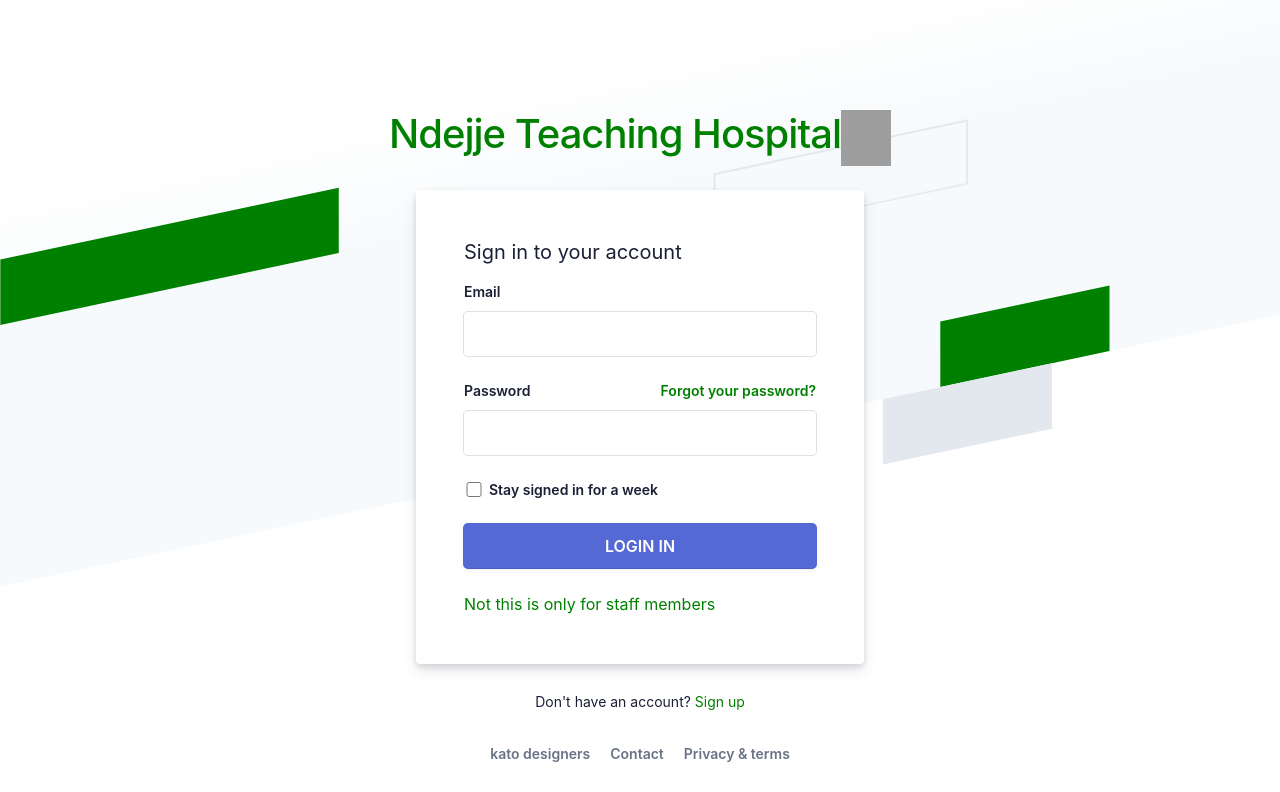
Repository: kluivert-ssali/katoMessi
Page: http://localhost/login.php
These files come from the project's save history. The page is drawn as it stood at one moment and after the next save; the edit follows.
The browser window is 1280 px wide. The pictures show the whole page.
Pictures or frames that could not be fetched are drawn as grey boxes. Some web libraries are served in a nearby version. The page is run by PHP 8.4 with error messages shown; the project is at /var/www/html/.

Above is the page before, as saved 2022-05-10 17:41:58.

After the next save:
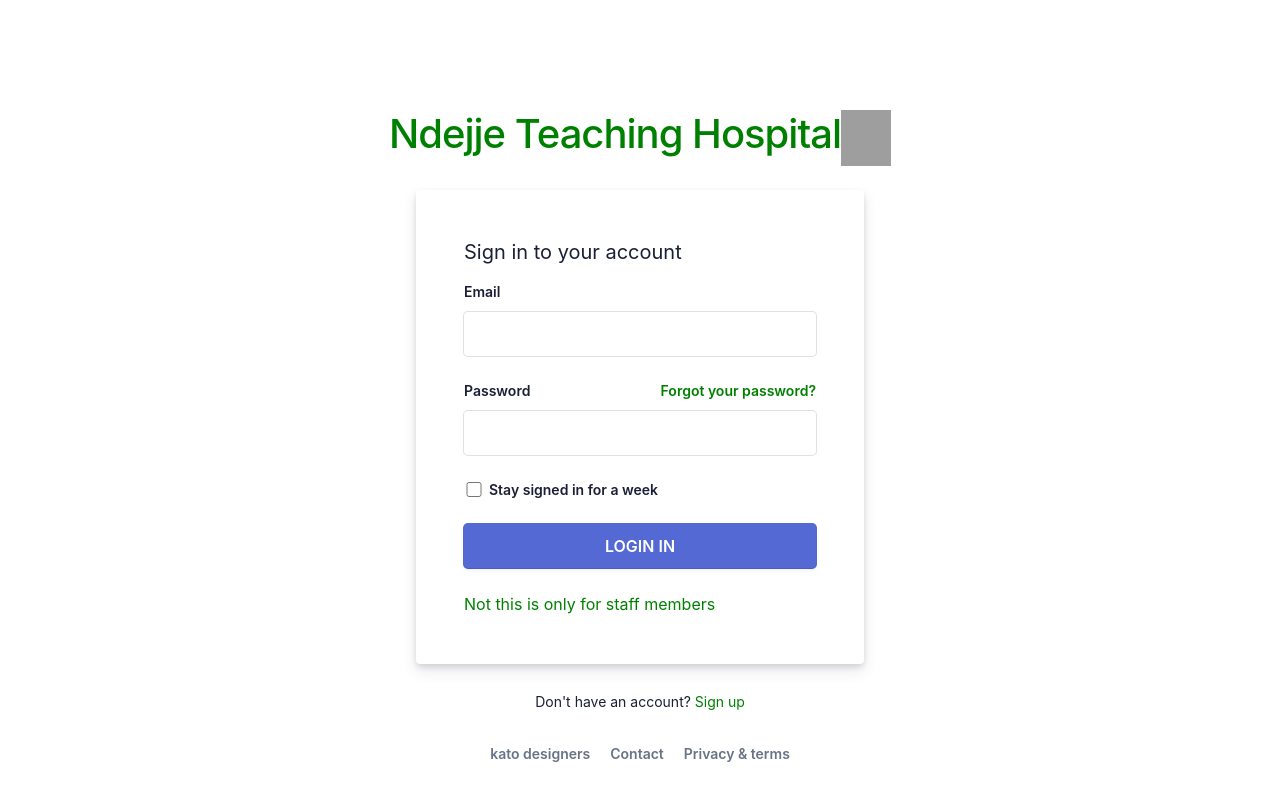
Saved 119 s later.
--- a/login.php
+++ b/login.php
@@ -77,17 +77,7 @@
     -ms-flex-direction: column;
     flex-direction: column;
 }
-.loginbackground-gridContainer {
-    display: -ms-grid;
-    display: grid;
-    -ms-grid-columns: [start] 1fr [left-gutter] (86.6px)[16] [left-gutter] 1fr [end];
-    grid-template-columns: [start] 1fr [left-gutter] repeat(16,86.6px) [left-gutter] 1fr [end];
-    -ms-grid-rows: [top] 1fr [top-gutter] (64px)[8] [bottom-gutter] 1fr [bottom];
-    grid-template-rows: [top] 1fr [top-gutter] repeat(8,64px) [bottom-gutter] 1fr [bottom];
-    justify-content: center;
-    margin: 0 -2%;
-    transform: rotate(-12deg) skew(-12deg);
-}
+
 .box-divider--light-all-2 {
     box-shadow: inset 0 0 0 2px #e3e8ee;
 }

After the save that followed:
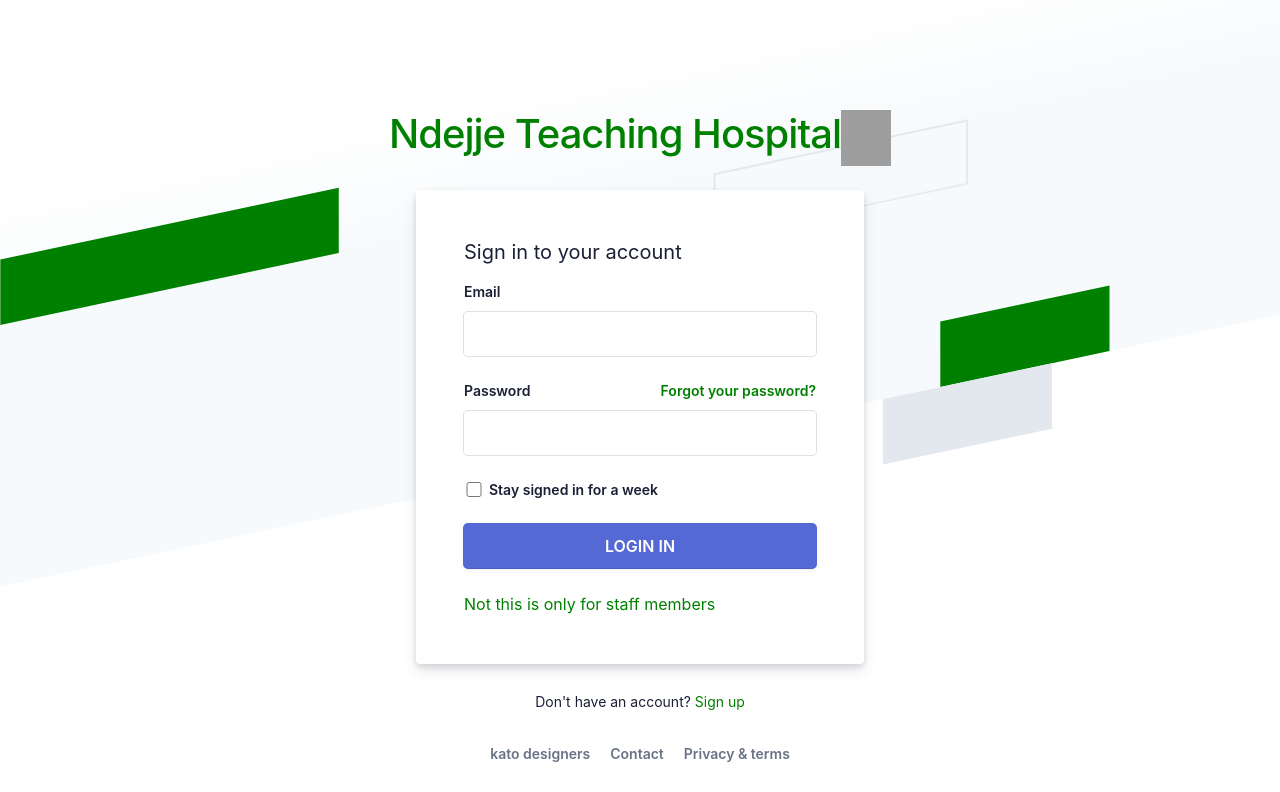
Saved 13 s later.
--- a/login.php
+++ b/login.php
@@ -77,7 +77,17 @@
     -ms-flex-direction: column;
     flex-direction: column;
 }
-
+.loginbackground-gridContainer {
+    display: -ms-grid;
+    display: grid;
+    -ms-grid-columns: [start] 1fr [left-gutter] (86.6px)[16] [left-gutter] 1fr [end];
+    grid-template-columns: [start] 1fr [left-gutter] repeat(16,86.6px) [left-gutter] 1fr [end];
+    -ms-grid-rows: [top] 1fr [top-gutter] (64px)[8] [bottom-gutter] 1fr [bottom];
+    grid-template-rows: [top] 1fr [top-gutter] repeat(8,64px) [bottom-gutter] 1fr [bottom];
+    justify-content: center;
+    margin: 0 -2%;
+    transform: rotate(-12deg) skew(-12deg);
+}
 .box-divider--light-all-2 {
     box-shadow: inset 0 0 0 2px #e3e8ee;
 }
